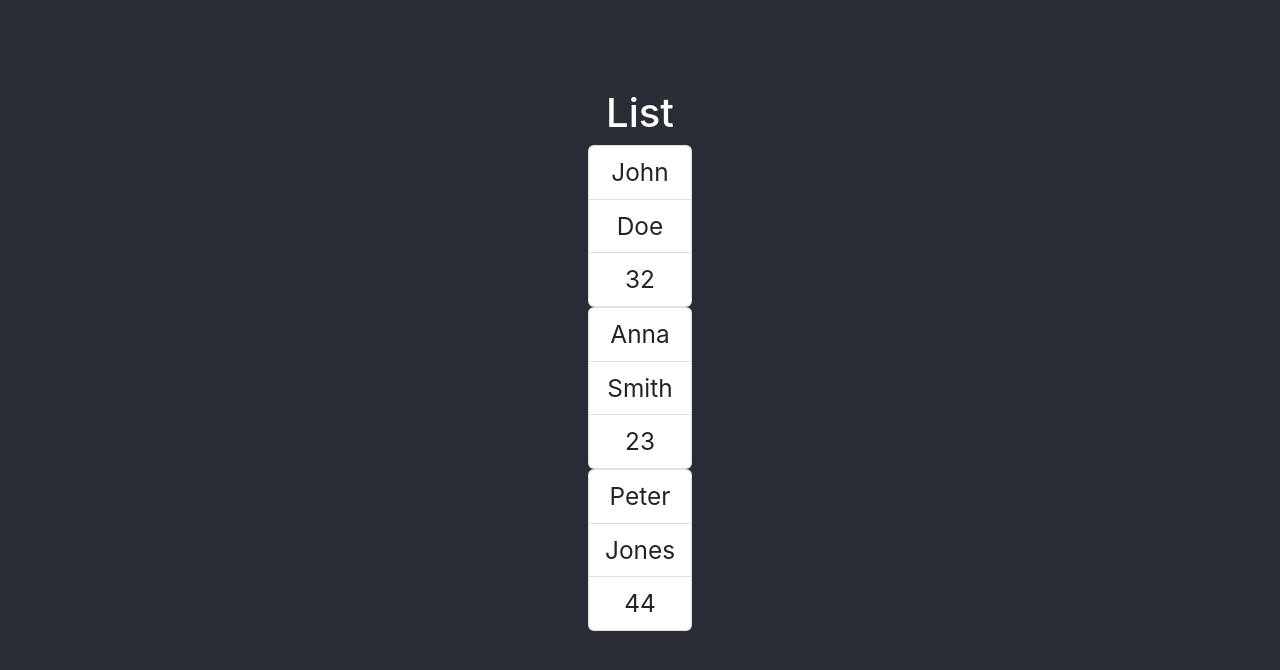
Repository: JasonMorta/ExamplesWithReact
Page: / (app in examples/)
An editor plug-in stored every save of this project. The page is shown before and after the next save, followed by the edit.
The browser window is 1280 px wide. The pictures show the whole page.
The project was rebuilt for these pictures with package versions that can differ from the ones it lists, and the page was loaded fresh each time.

Above is the page before, as saved 2022-10-03 19:46:00.

After the next save:
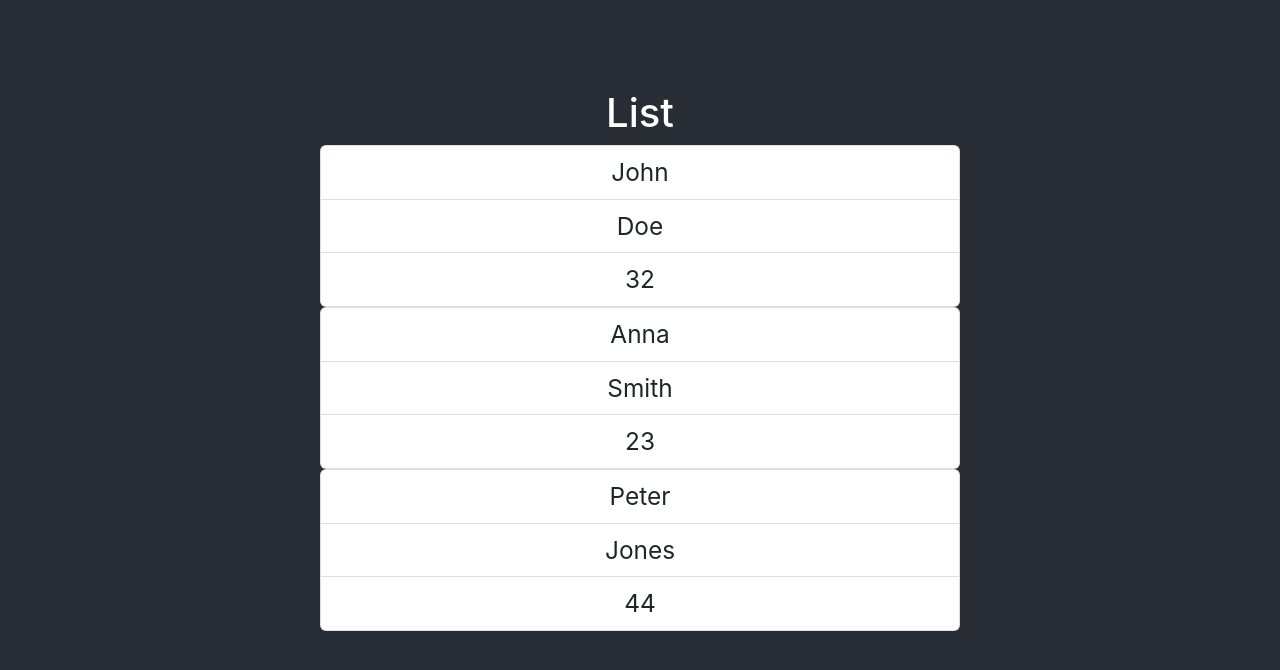
Saved 52 s later.
--- a/examples/src/components/Instance.jsx
+++ b/examples/src/components/Instance.jsx
@@ -11,7 +11,7 @@ const employees = [
 
 
   return (
-    <div>
+    <div style={{minWidth: "50%"}}>
       <h1>List</h1>
 
       {employees.map((obj, index) => (
